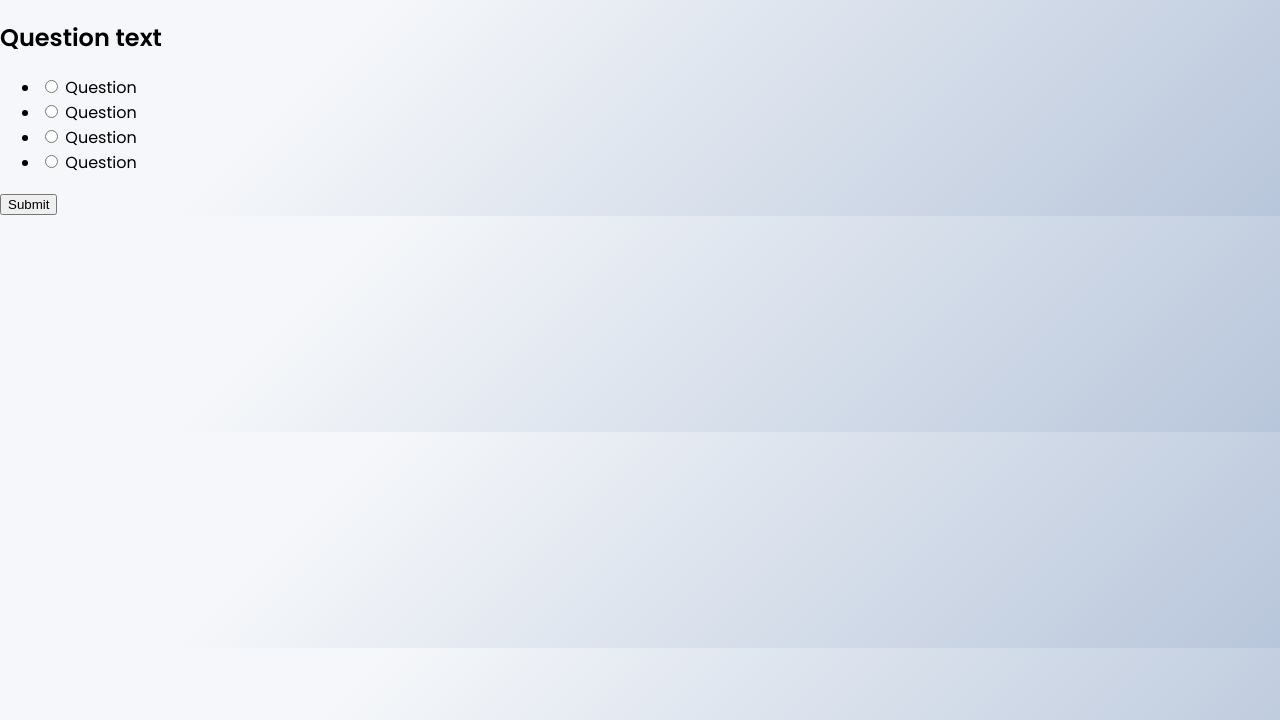
Repository: kate30980/projects-js-practice
Page: quiz-app/index.html
The author's editor kept a copy of each file at every save. The page is drawn from the files as they stood at one save, then again after the next save.
The browser window is 1280 px wide. The pictures show the whole page.

Above is the page before, as saved 2021-09-05 21:56:23.

### quiz-app/index.html
<!DOCTYPE html>
<html lang="en">

<head>
    <meta charset="UTF-8" />
    <meta name="viewport" content="width=device-width, initial-scale=1.0" />
    <title>Title</title>
    <link rel="stylesheet" href="style.css" />
    <script src="script.js" defer></script>
</head>

<body>
    <div class="quiz-container">
        <h2>Question text</h2>
        <ul>
            <li>
                <input type="radio" id="a" name="answer">
                <label for="a">Question</label>
            </li>
            <li>
                <input type="radio" id="b" name="answer">
                <label for="b">Question</label>
            </li>
            <li>
                <input type="radio" id="c" name="answer">
                <label for="c">Question</label>
            </li>
            <li>
                <input type="radio" id="d" name="answer">
                <label for="d">Question</label>
            </li>
        </ul>
        <button>Submit</button>
    </div>
</body>

</html>

### quiz-app/style.css
@import url("https://fonts.googleapis.com/css2?family=Poppins:wght@200;400;600&display=swap");

* {
    box-sizing: border-box;
}

body {
    background-color: #b8c6db;
    background-image: linear-gradient(315deg,#b8c6db, #f5f7fa 74%);
    font-family: "Poppins", sans-serif;
    margin: 0;
}

### quiz-app/script.js
const quizData = [
  {
    question: "How old is Kate?",
    a: "10",
    b: "17",
    c: "21",
    d: "20",
    correct: "c",
  },
  {
    question: "What is the best programming language?",
    a: "Javascript",
    b: "Python",
    c: "C++",
    d: "PHP",
    correct: "a",
  },
  {
    question: "Who is the president of US?",
    a: "Kate Le",
    b: "Donald Trump",
    c: "Barack Obama",
    d: "Bill Clinton",
    correct: "a",
  },
  {
    question: "Kate is the best girl in the world",
    a: "Damn true",
    b: "This is a correct answer",
    c: "Aboslutely",
    d: "Dont need to ask this stupid question",
    correct: "a",
  },
  {
    question: "What year was Javascript launch",
    a: "2020",
    b: "2019",
    c: "1995",
    d: "None of the above",
    correct: "c",
  },
];

After the next save:
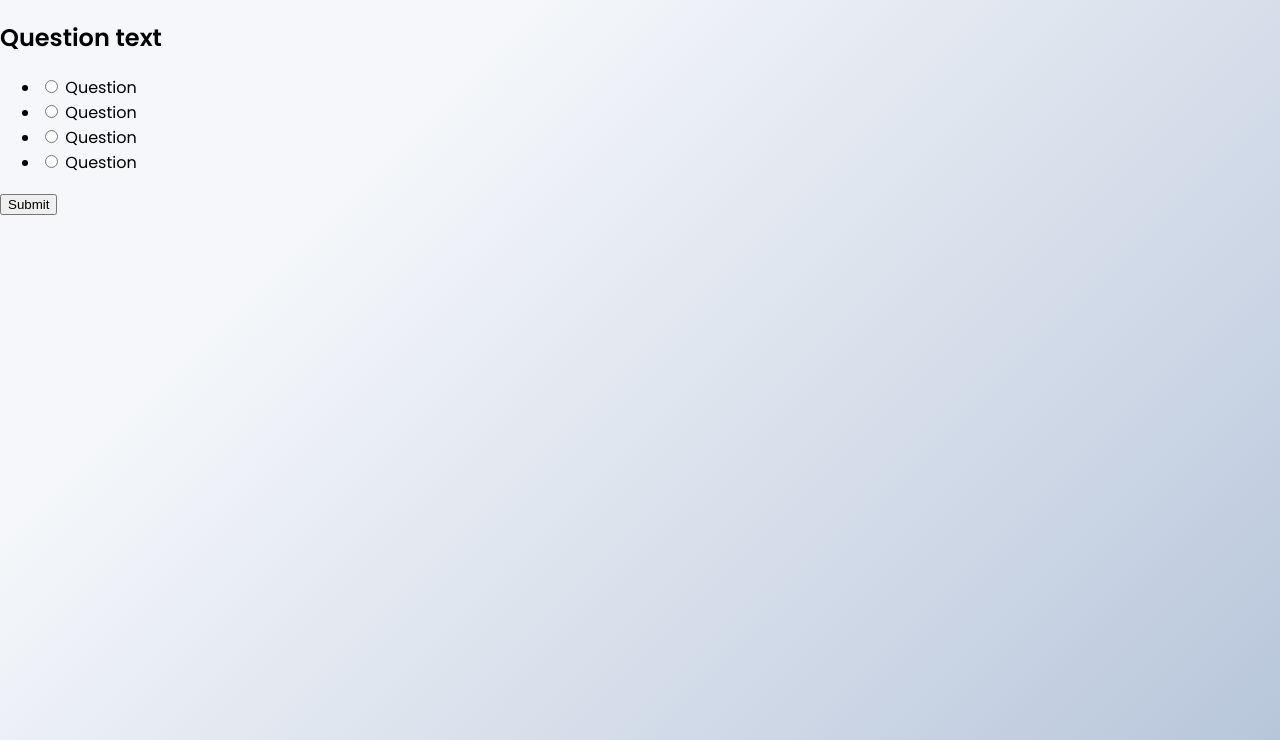
Saved 24 s later.
--- a/quiz-app/style.css
+++ b/quiz-app/style.css
@@ -9,4 +9,5 @@ body {
     background-image: linear-gradient(315deg,#b8c6db, #f5f7fa 74%);
     font-family: "Poppins", sans-serif;
     margin: 0;
+    min-height: 100vh;
 }
